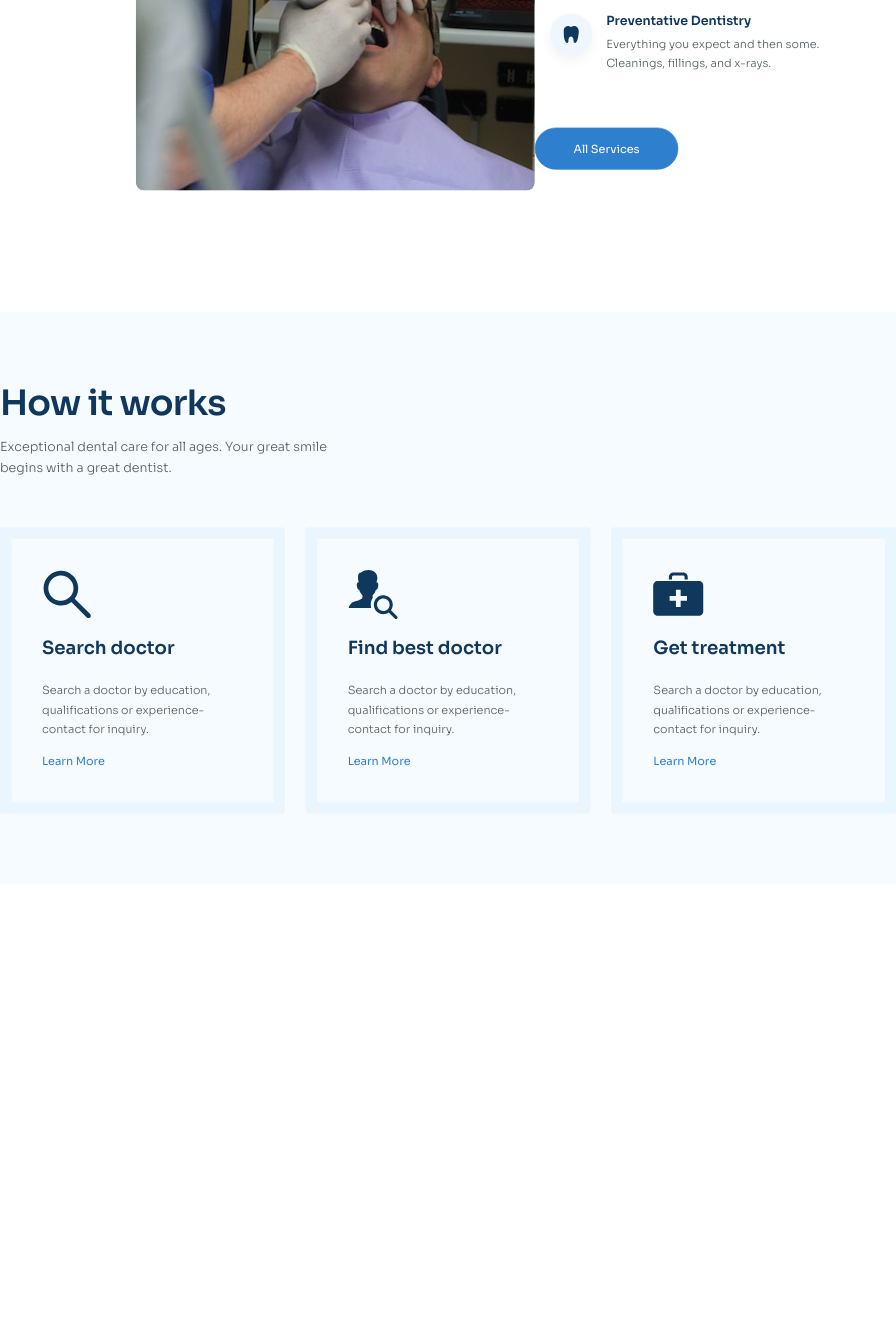
Repository: dongnguyen2112/htmlcss-project-03
Page: index.html
The author's editor kept a copy of each file at every save. The page is drawn from the files as they stood at one save, then again after a run of saves.
The browser window is 1280 px wide. The pictures show the part of the page from y = 1395 to 3315 px (the page is 5720 px tall), at 70% of full size.
The pointer rests on the first visible `.word-item`.

Above is the page before, as saved 2023-08-01 17:28:35.

### index.html
<!DOCTYPE html>
<html lang="en">
    <head>
        <meta charset="UTF-8" />
        <meta name="viewport" content="width=device-width, initial-scale=1.0" />
        <title>Shine Smile</title>
        <!-- Favicons -->
        <link
            rel="apple-touch-icon"
            sizes="57x57"
            href="./assets/favicon/apple-icon-57x57.png"
        />
        <link
            rel="apple-touch-icon"
            sizes="60x60"
            href="./assets/favicon/apple-icon-60x60.png"
        />
        <link
            rel="apple-touch-icon"
            sizes="72x72"
            href="./assets/favicon/apple-icon-72x72.png"
        />
        <link
            rel="apple-touch-icon"
            sizes="76x76"
            href="./assets/favicon/apple-icon-76x76.png"
        />
        <link
            rel="apple-touch-icon"
            sizes="114x114"
            href="./assets/favicon/apple-icon-114x114.png"
        />
        <link
            rel="apple-touch-icon"
            sizes="120x120"
            href="./assets/favicon/apple-icon-120x120.png"
        />
        <link
            rel="apple-touch-icon"
            sizes="144x144"
            href="./assets/favicon/apple-icon-144x144.png"
        />
        <link
            rel="apple-touch-icon"
            sizes="152x152"
            href="./assets/favicon/apple-icon-152x152.png"
        />
        <link
            rel="apple-touch-icon"
            sizes="180x180"
            href="./assets/favicon/apple-icon-180x180.png"
        />
        <link
            rel="icon"
            type="image/png"
            sizes="192x192"
            href="./assets/favicon/android-icon-192x192.png"
        />
        <link
            rel="icon"
            type="image/png"
            sizes="32x32"
            href="./assets/favicon/favicon-32x32.png"
        />
        <link
            rel="icon"
            type="image/png"
            sizes="96x96"
            href="./assets/favicon/favicon-96x96.png"
        />
        <link
            rel="icon"
            type="image/png"
            sizes="16x16"
            href="./assets/favicon/favicon-16x16.png"
        />
        <link rel="manifest" href="./assets/favicon/manifest.json" />
        <meta name="msapplication-TileColor" content="#ffffff" />
        <meta
            name="msapplication-TileImage"
            content="./assets/favicon/ms-icon-144x144.png"
        />
        <meta name="theme-color" content="#ffffff" />
        <!-- Font Sora -->
        <link rel="preconnect" href="https://fonts.googleapis.com" />
        <link rel="preconnect" href="https://fonts.gstatic.com" crossorigin />
        <link
            href="https://fonts.googleapis.com/css2?family=Sora:wght@300;400;500;600;700&display=swap"
            rel="stylesheet"
        />
        <!-- Reset CSS -->
        <link rel="stylesheet" href="./assets/css/reset.css" />
        <link rel="stylesheet" href="./assets/css/styles.css" />
    </head>
    <body>
        <header class="header">
            <div class="container">
                <!-- Header-top -->
                <div class="header-top">
                    <!-- Logo -->
                    <a href="/">
                        <div class="logo">
                            <span class="logo__circle"></span>
                            <span class="logo__text">
                                <span class="logo__brand">Shine</span>
                                <span class="logo__brand logo__brand--small">
                                    smile
                                </span>
                            </span>
                        </div>
                    </a>
                    <!-- Navbar -->
                    <nav class="navbar">
                        <ul class="navbar__list">
                            <li class="navbar__item">
                                <a
                                    href="#!"
                                    class="navbar__link navbar__link--active"
                                    >Home</a
                                >
                            </li>
                            <li class="navbar__item">
                                <a href="#!" class="navbar__link">Services</a>
                            </li>
                            <li class="navbar__item">
                                <a href="#!" class="navbar__link">About</a>
                            </li>
                            <li class="navbar__item">
                                <a href="#!" class="navbar__link">Doctors</a>
                            </li>
                        </ul>
                    </nav>
                    <!-- Action -->
                    <div class="header-action">
                        <a href="#!" class="header-action__login">Log In</a>
                        <a href="#!" class="btn header-action__signup"
                            >Sign Up</a
                        >
                    </div>
                </div>
                <!-- Hero -->
                <section class="hero">
                    <!-- Hero-content -->
                    <section class="hero__content">
                        <h1 class="hero__heading">
                            Exceptional dental care for all ages.
                        </h1>
                        <p class="hero__desc">
                            Exceptional dental care for all ages. Your great
                            smile begins with a great dentist.
                        </p>
                        <div class="hero__row">
                            <a href="" class="btn">Book Online</a>
                            <span class="hero__phone"
                                >or call (123) 456-7890</span
                            >
                        </div>
                    </section>
                    <!-- Hero-media -->
                    <section class="hero__media">
                        <figure class="hero__images">
                            <img
                                src="./assets/img/hero-01.jpg"
                                alt=""
                                class="hero__img"
                            />
                            <img
                                src="./assets/img/hero-02.jpg"
                                alt=""
                                class="hero__img"
                            />
                        </figure>
                    </section>
                </section>
            </div>
        </header>
        <main style="height: 5000px">
            <!-- Service -->
            <section class="service">
                <div class="container">
                    <h1 class="service__heading section-heading">
                        Our services
                    </h1>
                    <p class="service__desc section-desc">
                        Exceptional dental care for all ages. Your great smile
                        begins with a great dentist.
                    </p>
                    <div class="service__row">
                        <figure>
                            <img
                                src="./assets/img/service.jpg"
                                alt=""
                                class="service__img"
                            />
                        </figure>
                        <div>
                            <div class="service__list">
                                <!-- Service Item 1 -->
                                <section class="service-item">
                                    <div class="service-item__icon">
                                        <svg
                                            width="22"
                                            height="24"
                                            viewBox="0 0 22 24"
                                            fill="none"
                                            xmlns="http://www.w3.org/2000/svg"
                                        >
                                            <path
                                                d="M20.3598 2.63964C17.9506 -0.556131 14.2772 -0.568132 11.2481 1.10682C11.001 1.24657 10.7219 1.31411 10.4406 1.30222C10.1592 1.29033 9.88633 1.19945 9.65105 1.03931C8.49552 0.245717 7.29036 -0.316477 5.13904 0.207462C0.623408 1.3071 0 4.90379 0 8.99816C0.0797353 12.1602 0.500857 15.3032 1.25551 18.3683C2.11836 22.0168 3.90382 24 5.43354 24C6.96326 24 7.00963 22.2204 7.00963 20.8016C7.00963 19.2009 7.39505 14.8009 10.8642 14.8009C13.5317 14.8009 14.3333 18.4013 14.3333 20.8016C14.3329 23.095 15.1722 24 16.6628 24C19.5267 24 20.9796 15.3938 21.3719 13.1237C21.7642 10.8535 22.9882 6.12569 20.3598 2.63964Z"
                                                fill="currentColor"
                                            />
                                        </svg>
                                        <!-- Icon -->
                                    </div>
                                    <div class="service-item__body">
                                        <h3 class="service-item__heading">
                                            Oral Surgery
                                        </h3>
                                        <p class="service-item__desc">
                                            Everything you expect and then some.
                                            Cleanings, fillings, and x-rays.
                                        </p>
                                    </div>
                                </section>
                                <!-- Service Item 2 -->
                                <section class="service-item">
                                    <div class="service-item__icon">
                                        <svg
                                            width="22"
                                            height="24"
                                            viewBox="0 0 22 24"
                                            fill="none"
                                            xmlns="http://www.w3.org/2000/svg"
                                        >
                                            <path
                                                d="M20.3598 2.63964C17.9506 -0.556131 14.2772 -0.568132 11.2481 1.10682C11.001 1.24657 10.7219 1.31411 10.4406 1.30222C10.1592 1.29033 9.88633 1.19945 9.65105 1.03931C8.49552 0.245717 7.29036 -0.316477 5.13904 0.207462C0.623408 1.3071 0 4.90379 0 8.99816C0.0797353 12.1602 0.500857 15.3032 1.25551 18.3683C2.11836 22.0168 3.90382 24 5.43354 24C6.96326 24 7.00963 22.2204 7.00963 20.8016C7.00963 19.2009 7.39505 14.8009 10.8642 14.8009C13.5317 14.8009 14.3333 18.4013 14.3333 20.8016C14.3329 23.095 15.1722 24 16.6628 24C19.5267 24 20.9796 15.3938 21.3719 13.1237C21.7642 10.8535 22.9882 6.12569 20.3598 2.63964Z"
                                                fill="currentColor"
                                            />
                                        </svg>
                                        <!-- Icon -->
                                    </div>
                                    <div class="service-item__body">
                                        <h3 class="service-item__heading">
                                            Wisdom Teeth Removal
                                        </h3>
                                        <p class="service-item__desc">
                                            Everything you expect and then some.
                                            Cleanings, fillings, and x-rays.
                                        </p>
                                    </div>
                                </section>
                                <!-- Service Item 3 -->
                                <section class="service-item">
                                    <div class="service-item__icon">
                                        <svg
                                            width="22"
                                            height="24"
                                            viewBox="0 0 22 24"
                                            fill="none"
                                            xmlns="http://www.w3.org/2000/svg"
                                        >
                                            <path
                                                d="M20.3598 2.63964C17.9506 -0.556131 14.2772 -0.568132 11.2481 1.10682C11.001 1.24657 10.7219 1.31411 10.4406 1.30222C10.1592 1.29033 9.88633 1.19945 9.65105 1.03931C8.49552 0.245717 7.29036 -0.316477 5.13904 0.207462C0.623408 1.3071 0 4.90379 0 8.99816C0.0797353 12.1602 0.500857 15.3032 1.25551 18.3683C2.11836 22.0168 3.90382 24 5.43354 24C6.96326 24 7.00963 22.2204 7.00963 20.8016C7.00963 19.2009 7.39505 14.8009 10.8642 14.8009C13.5317 14.8009 14.3333 18.4013 14.3333 20.8016C14.3329 23.095 15.1722 24 16.6628 24C19.5267 24 20.9796 15.3938 21.3719 13.1237C21.7642 10.8535 22.9882 6.12569 20.3598 2.63964Z"
                                                fill="currentColor"
                                            />
                                        </svg>
                                        <!-- Icon -->
                                    </div>
                                    <div class="service-item__body">
                                        <h3 class="service-item__heading">
                                            Preventative Dentistry
                                        </h3>
                                        <p class="service-item__desc">
                                            Everything you expect and then some.
                                            Cleanings, fillings, and x-rays.
                                        </p>
                                    </div>
                                </section>
                            </div>
                            <a href="#!" class="btn">All Services </a>
                        </div>
                    </div>
                </div>
            </section>
            <!-- Work -->
            <section class="work">
                <h2 class="section-heading">How it works</h2>
                <p class="section-desc work__desc">Exceptional dental care for all ages. Your great smile begins with a great dentist.</p>
                <div class="work__list">
                    <!-- Work Item 1 -->
                    <section class="word-item">
                        <img src="./assets/img/Icon/Orion_search.svg" alt="" class="work-item__icon">
                        <h3 class="work-item__heading">Search doctor</h3>
                        <p class="work-item__desc">Search a doctor by education, qualifications or experience-contact for inquiry.</p>
                        <a href="#!" class="work-item__more">Learn More</a>
                    </section>
                     <!-- Work Item 2 -->
                     <section class="word-item">
                        <img src="./assets/img/Icon/Orion_find-user.svg" alt="" class="work-item__icon">
                        <h3 class="work-item__heading">Find best doctor</h3>
                        <p class="work-item__desc">Search a doctor by education, qualifications or experience-contact for inquiry.</p>
                        <a href="#!" class="work-item__more">Learn More</a>
                    </section>
                     <!-- Work Item 3 -->
                     <section class="word-item">
                        <img src="./assets/img/Icon/Orion_first-aid-kit.svg" alt="" class="work-item__icon">
                        <h3 class="work-item__heading">Get treatment</h3>
                        <p class="work-item__desc">Search a doctor by education, qualifications or experience-contact for inquiry.</p>
                        <a href="#!" class="work-item__more">Learn More</a>
                    </section>
                </div>
            </section>
        </main>
    </body>
</html>

### assets/css/styles.css
* {
    box-sizing: border-box;
}
:root {
    --header-bg: #10375c;
}
html {
    font-size: 62.5%;
}
body {
    font-size: 1.6rem;
    font-family: "Sora", sans-serif;
}
/* Common */
.container {
    width: 1170px;
    max-width: calc(100% - 48px);
    margin: 0 auto;
}
a {
    text-decoration: none;
}
.btn {
    --height: 60px;

    color: #fff;
    background: #2e80ce;
    height: var(--height);
    padding: 0 20px;
    display: inline-block;
    line-height: var(--height);
    border-radius: 99px;
    min-width: 205px;
    text-align: center;
    font-size: 1.6rem;
    font-weight: 400;
    border: 1px solid #2e80ce;
}
.btn:hover {
    cursor: pointer;
    opacity: 0.9;
}
.section-heading {
    color: #10375c;
    font-size: 5rem;
    font-weight: 600;
    line-height: 1.2; /* 120% */
    letter-spacing: -1px;
}
.section-desc {
    margin-top: 18px;
    color: #575f66;
    font-size: 1.8rem;
    font-weight: 300;
    line-height: 1.67; /* 166.667% */
}
/* Header */
.header {
    min-height: 100vh;
    padding-top: 30px;
    background-color: var(--header-bg);
}
.logo {
    font-size: 1rem;
    position: relative;
    display: flex;
}
.logo__circle::before,
.logo__circle::after {
    content: "";
    display: inline-block;
    border-radius: 50%;
}
.logo__circle::before {
    width: 3em;
    height: 3em;
    background: #2e80ce;
}
.logo__circle::after {
    position: absolute;
    top: 1.1em;
    left: 1.1em;
    width: 1.5em;
    height: 1.5em;
    background: #fff;
}
.logo__text {
    margin-left: 0.6em;
    color: #fff;
    text-align: right;
    line-height: 1.6em;
}
.logo__brand {
    display: block;
    font-size: 1.8rem;
    font-weight: 400;
    color: #fff;
}
.logo__brand--small {
    font-size: 1.2em;
    font-weight: 300;
}

/* Header-top */
.header-top {
    display: flex;
    align-items: center;
    justify-content: space-between;
}
.navbar__list {
    display: flex;
}
.header-action__login,
.navbar__link {
    padding: 4px 21px;
    color: #c9d2da;
    font-size: 1.6rem;
    font-weight: 300;
}
.navbar__link:hover,
.navbar__link--active {
    color: #fff;
    text-shadow: 1px 0 0 currentColor;
}
.navbar__link--active::before {
    position: relative;
    top: -2px;
    left: -8px;
    content: "";
    display: inline-block;
    width: 6px;
    height: 6px;
    border-radius: 50%;
    background: #fff;
}
.header-action {
    display: flex;
    align-items: center;
}
.header-action__login {
    margin-right: 7px;
}
.header-action__signup {
    --height: 44px;
    min-width: 104px;
    text-align: center;
}
/* hero */
.hero {
    display: flex;
    margin-top: 76px;
    align-items: center;
}
.hero__content {
    flex-shrink: 0;
    width: 44%;
}
.hero__media {
    flex-grow: 1;
}
.hero__heading {
    color: #fff;
    font-size: 7rem;
    font-weight: 600;
    line-height: 1.14;
    letter-spacing: -0.02em;
}
.hero__desc {
    margin-top: 22px;
    color: #c9d2da;
    font-size: 1.8rem;
    font-weight: 300;
    line-height: 1.67;
}
.hero__row {
    display: flex;
    align-items: center;
    margin-top: 38px;
}
.hero__phone {
    color: #fff;
    text-align: center;
    font-size: 1.8rem;
    line-height: 1.67;
    margin-left: 38px;
}
.hero__images {
    display: flex;
    align-items: center;
    justify-content: flex-end;
}
.hero__img {
    width: 330px;
    height: 540px;
    border-radius: 6px;
    object-fit: cover;
}
.hero__img:first-child {
    position: relative;
    margin-right: -6px;
}
.hero__img:last-child {
    width: 210px;
    height: 410px;
}
/* Service */
.service {
    padding: 170px;
}
.service__heading,
.service__desc {
    text-align: center;
}
.service__desc {
    width: 468px;
    margin-right: auto;
    margin-left: auto;
}
.service__row {
    display: flex;
    align-items: center;
    justify-content: space-between;
    margin-top: 70px;
}
.service__img {
    width: 570px;
    height: 570px;
    border-radius: 12px;
    object-fit: cover;
}
/* Service Item */
.service-item {
    display: flex;
    width: 470px;
    padding: 22px;
    border-radius: 10px;
    background: #fff;
    transition: 0.25;
}
.service-item:hover {
    position: relative;
    box-shadow: 0px 14px 28px rgba(0, 0, 0, 0.05);
}
.service-item:hover .service-item__icon {
    background: #2e80ce;
    color: #fff;
}
.service-item__icon {
    width: 60px;
    height: 60px;
    display: flex;
    align-items: center;
    justify-content: center;
    flex-shrink: 0;
    background: #eff6fd;
    color: #10375c;
    box-shadow: 0px 8px 16px rgba(0, 0, 0, 0.05);
    border-radius: 50%;
    transition: 0.25;
}
.service-item__body {
    margin-left: 20px;
}
.service-item__heading {
    color: #10375c;
    font-size: 1.8rem;
    line-height: 1.27;
    font-weight: 600;
}
.service-item__desc {
    color: #575f66;
    margin-top: 8px;
    font-size: 1.6rem;
    font-weight: 300;
    line-height: 1.75; /* 175% */
}
.service__list {
    margin-bottom: 55px;
}
/* Work */
.work {
    background: #f6fbff;
    padding: 100px 0;
}
.work__desc {
    width: 468px;
}
.work__list {
    display: grid;
    grid-template-columns: repeat(3, 1fr);
    column-gap: 30px;
    margin-top: 70px;
}
.word-item{
    padding: 44px;
    border: 16px solid #EAF6FF;
    border-radius: 4px;
}
.word-item:hover{
    border: 1;
}
.work-item__heading {
    margin-top: 20px;
    color: #10375c;
    font-size: 2.6rem;
    font-weight: 600;
    line-height: 1.38; /* 138.462% */
}
.work-item__desc {
    margin-top: 28px;
    width: 254px;
    color: #575f66;
    font-size: 1.6rem;
    font-weight: 300;
    line-height: 1.75; /* 175% */
}
.work-item__more{
    display: inline-block;
    margin-top: 18px;
    color: #2e80ce;
    font-size: 1.6rem;
    font-weight: 400;
    line-height: 1.75; /* 175% */
}

Loaded but not shown: assets/css/reset.css (common file); assets/favicon/manifest.json (common file)

After the next 2 saves:
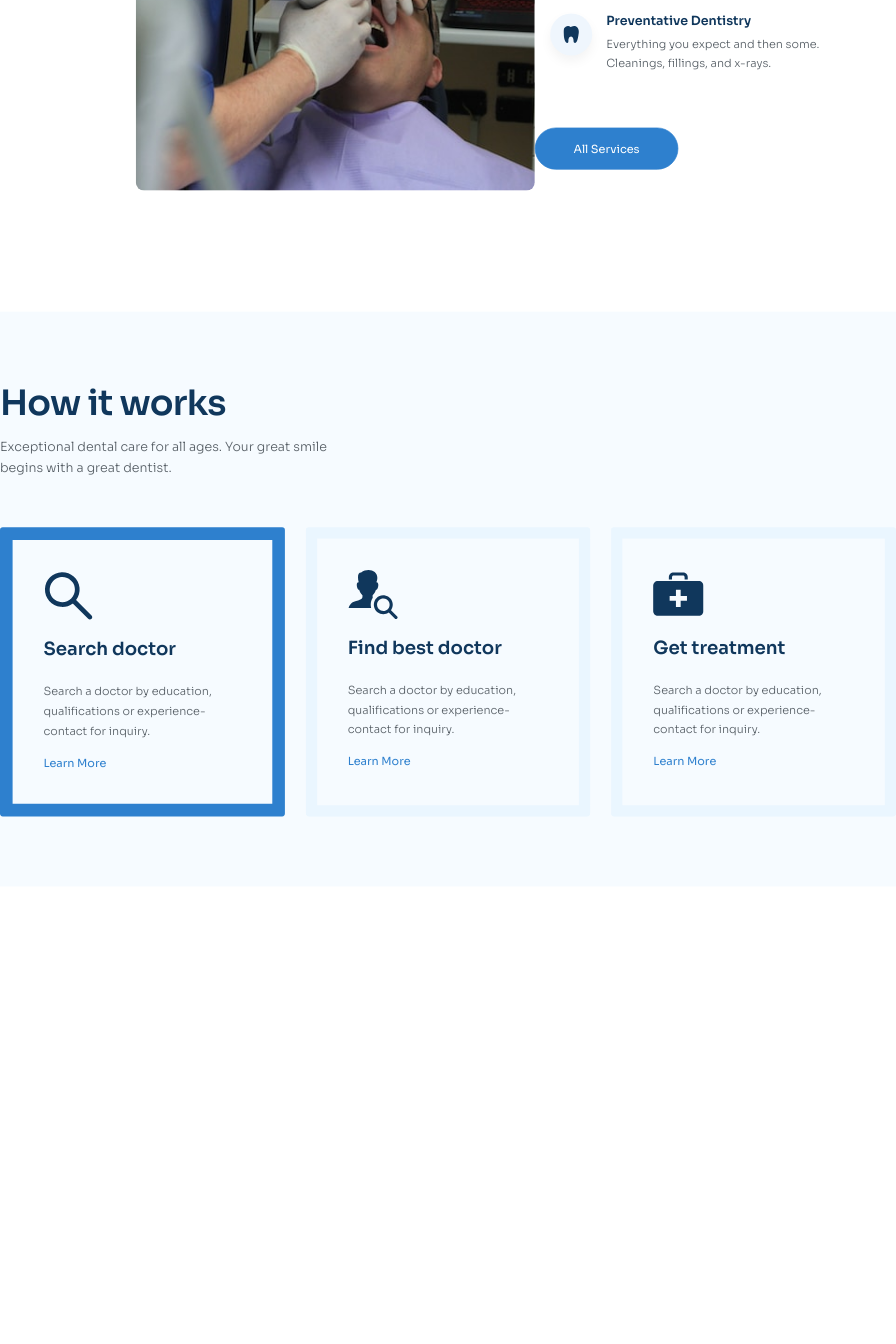
The 2 saves are shown as one change because they came seconds apart.
The last was saved 7 s later.
--- a/assets/css/styles.css
+++ b/assets/css/styles.css
@@ -297,7 +297,7 @@ a {
     border-radius: 4px;
 }
 .word-item:hover{
-    border: 1;
+    border: 18px solid #2E80CE;
 }
 .work-item__heading {
     margin-top: 20px;
